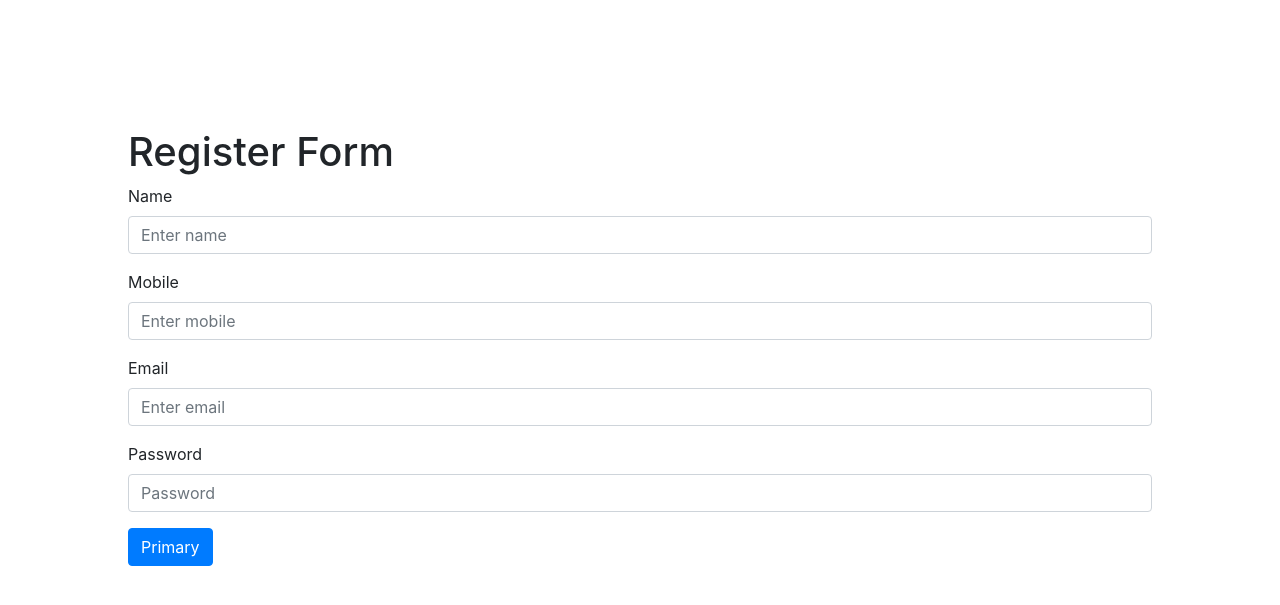
Repository: lalji-yadav/Register-Login-and-CRUD-using-token-and-Without-token-based
Page: /
An editor plug-in stored every save of this project. The page is shown before and after the next save, followed by the edit.
The browser window is 1280 px wide. The pictures show the whole page.
The project was rebuilt for these pictures with package versions that can differ from the ones it lists, and the page was loaded fresh each time. Also part of the build but not shown: src/App.css, src/auth/login.js, src/auth/register.js.

Above is the page before, as saved 2021-02-01 18:42:57.

After the next save:
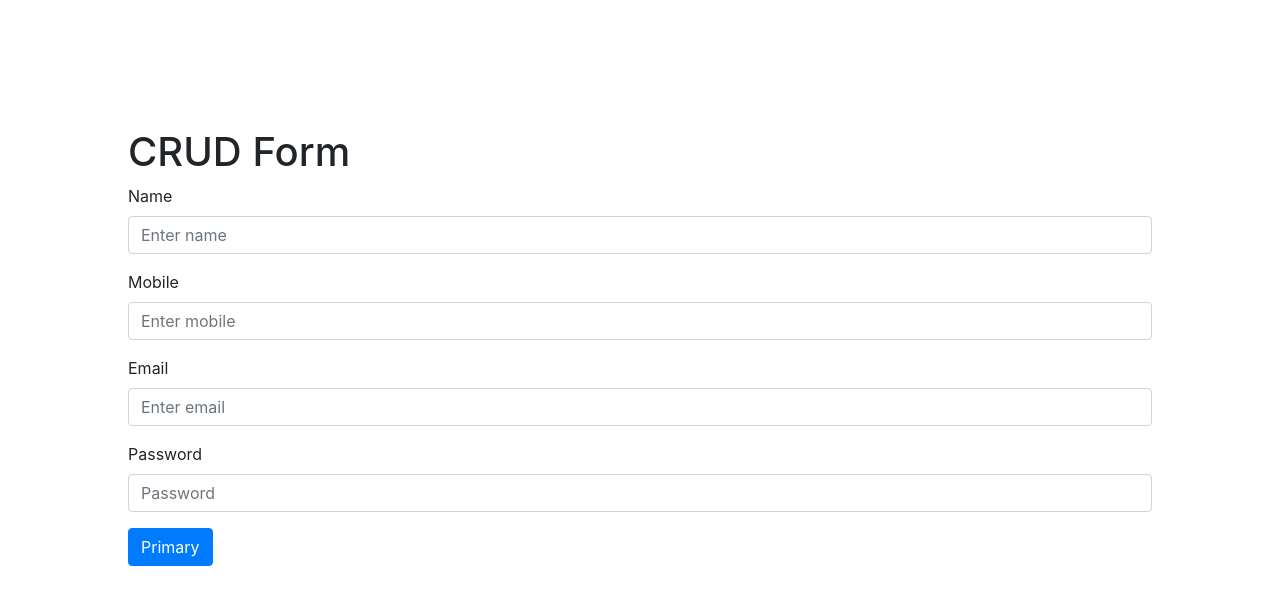
Saved 22 s later.
--- a/src/components/reg.js
+++ b/src/components/reg.js
@@ -4,7 +4,7 @@ import {Form,Button} from 'react-bootstrap';
 const Reg = () => {
     return (
         <div style={{padding:"10%"}}>
-           <h1> Register Form </h1>
+           <h1> CRUD Form </h1>
             <Form>
                 <Form.Group controlId="formBasicEmail">
                     <Form.Label>Name</Form.Label>
